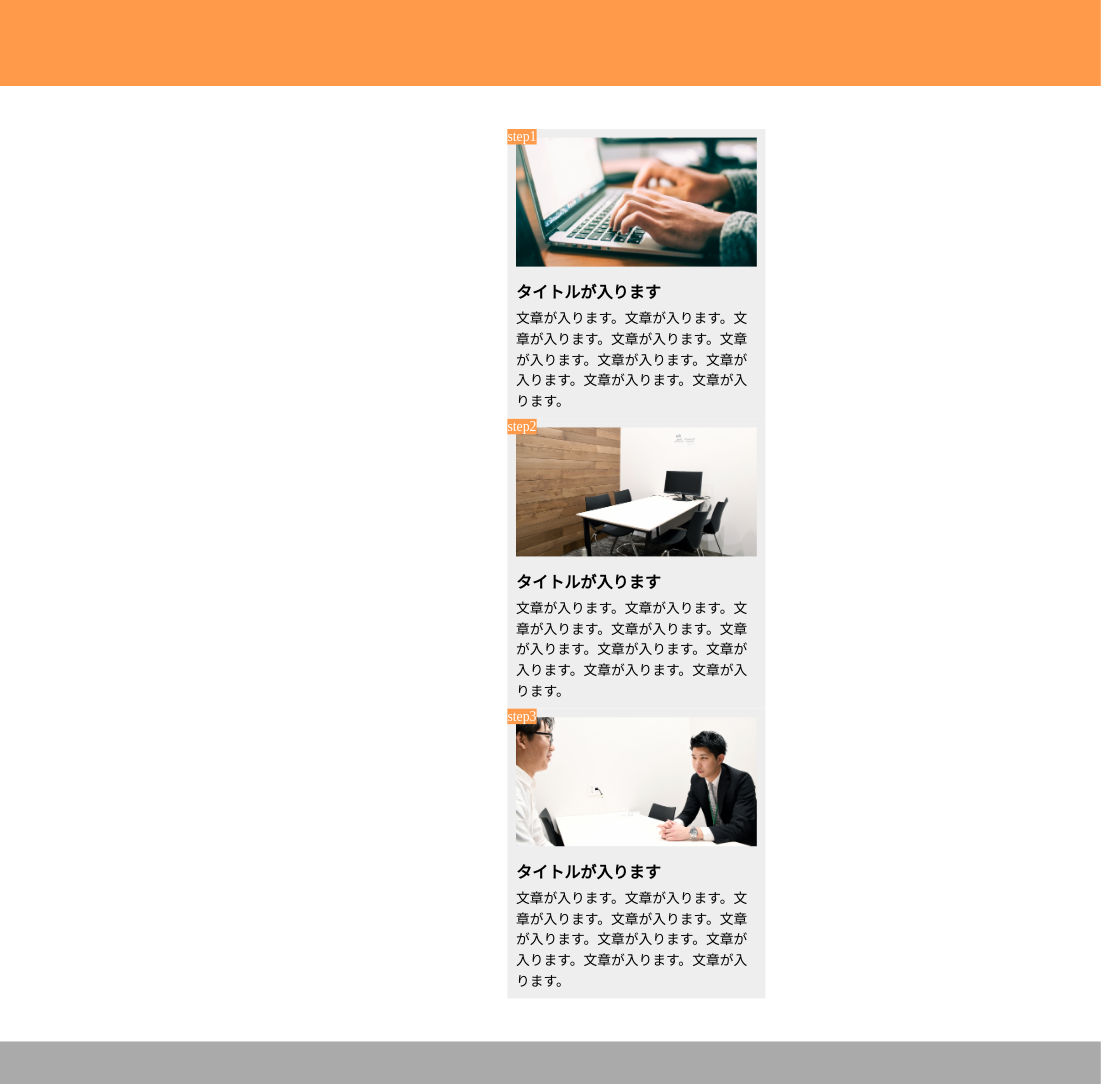
Repository: ryotaago/kadai
Page: kadai/kadai.html
The author's editor kept a record of every edit. The page is drawn from the files as they stood at one moment, then again after the next edit.
The browser window is 1280 px wide. The pictures show the whole page, at 86% of full size.

Above is the page before.

### kadai/kadai.html
<!DOCTYPE html>
<html lang="ja">
  <head>
    <meta charset="UTF-8" />
    <meta name="viewport" content="width=device-width,initial-scale=1.0">
    <title>9章演習</title>
    <link rel="stylesheet" href="kadai.css" />
  </head>
  <body>
    <header></header>
    <main>
      <div class="step-box">
        <div class="step-img1"></div>
        <span class="step-num">step1</span>
        <h3 class="title">タイトルが入ります</h3>
        <p class="text">
          文章が入ります。文章が入ります。文章が入ります。文章が入ります。文章が入ります。文章が入ります。文章が入ります。文章が入ります。文章が入ります。
        </p>
      </div>

      <div class="step-box">
        <div class="step-img2"></div>
        <span class="step-num">step2</span>
        <h3 class="title">タイトルが入ります</h3>
        <p class="text">
          文章が入ります。文章が入ります。文章が入ります。文章が入ります。文章が入ります。文章が入ります。文章が入ります。文章が入ります。文章が入ります。
        </p>
      </div>

      <div class="step-box">
        <div class="step-img3"></div>
        <span class="step-num">step3</span>
        <h3 class="title">タイトルが入ります</h3>
        <p class="text">
          文章が入ります。文章が入ります。文章が入ります。文章が入ります。文章が入ります。文章が入ります。文章が入ります。文章が入ります。文章が入ります。
        </p>
      </div>
    </main>
    <footer></footer>
  </body>
</html>

### kadai/kadai.css
* {
  box-sizing: border-box;
  margin: 0;
  padding: 0;
}

header {
  height: 100px;
  background-color: #ff9a4b;
}

main {
  width: 100px;
  margin: 50px auto;
  display: block;
}

.step-box {
  width: 300px;
  margin-right: 30px;
  padding: 10px;
  position: relative;
  background-color: #eee;
}

.step-box:last-child {
  margin-right: 0;
}

.step-img1 {
  height: 150px;
  background-image: url(img/flow01.png);
  background-position: bottom;
  background-size: cover;
}

.step-img2 {
  height: 150px;
  background-image: url(img/flow02.png);
  background-position: bottom;
  background-size: cover;
}

.step-img3 {
  height: 150px;
  background-image: url(img/flow03.png);
  background-position: bottom;
  background-size: cover;
}

.step-num {
  position: absolute;
  top: 0;
  left: 0;
  background-color: #ff9a4b;
  color: #fff;
}

.title {
  margin: 15px 0 5px;
}

footer {
  height: 50px;
  background-color: #aaa;
}


@media screen and (max-width: 425px) {

{
  box-sizing: border-box;
  margin: 0;
  padding: 0;
}



  header {
    width: 100%;
    height: 50px;
    background-color: #ff9a4b;
  }

  main {
    width: 100%;
    margin: 50px auto;
    display: block;
  }

  .step-box {
    width: 100px;
  margin-top: 20px;
  padding: 10px;
  position: relative;
  background-color: #eee;
  }

  .step-img1 {
    width: 90%;
    height: 150px;
    position: center;
  }

  .step-box {
    width: 100%;
  }

  .step-img2 {
    width: 90%;
  }

  .step-box {
    width: 100%;
  }

  .step-img3 {
    width: 90%;
  }

After the next edit:
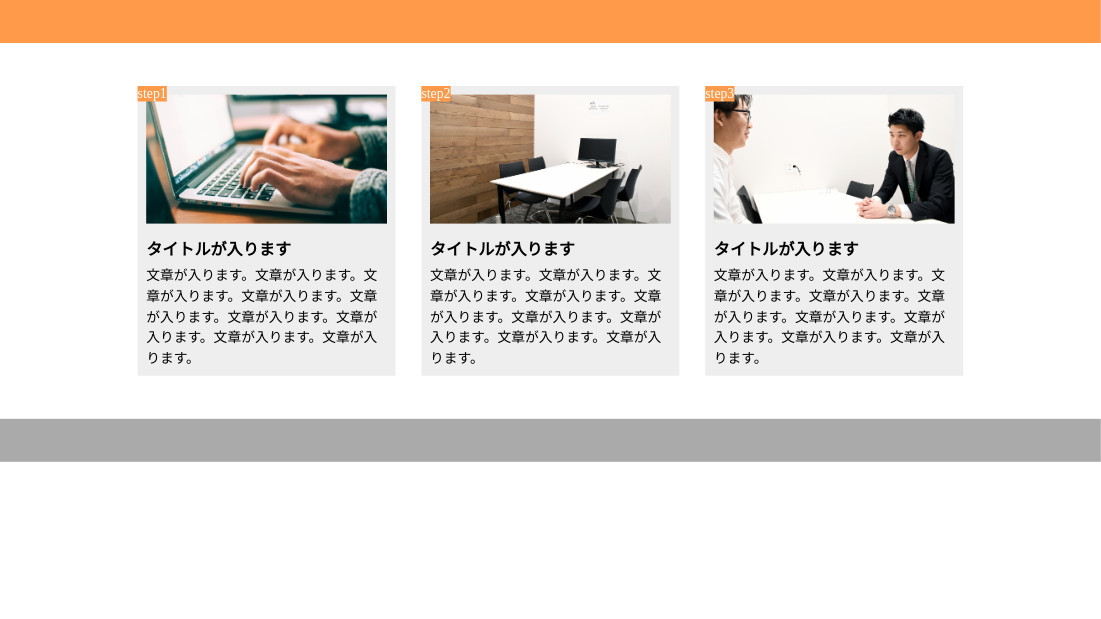
The edit:
--- a/kadai/kadai.css
+++ b/kadai/kadai.css
@@ -5,14 +5,14 @@
 }
 
 header {
-  height: 100px;
+  height: 50px;
   background-color: #ff9a4b;
 }
 
 main {
-  width: 100px;
+  width: 960px;
   margin: 50px auto;
-  display: block;
+  display: flex;
 }
 
 .step-box {
